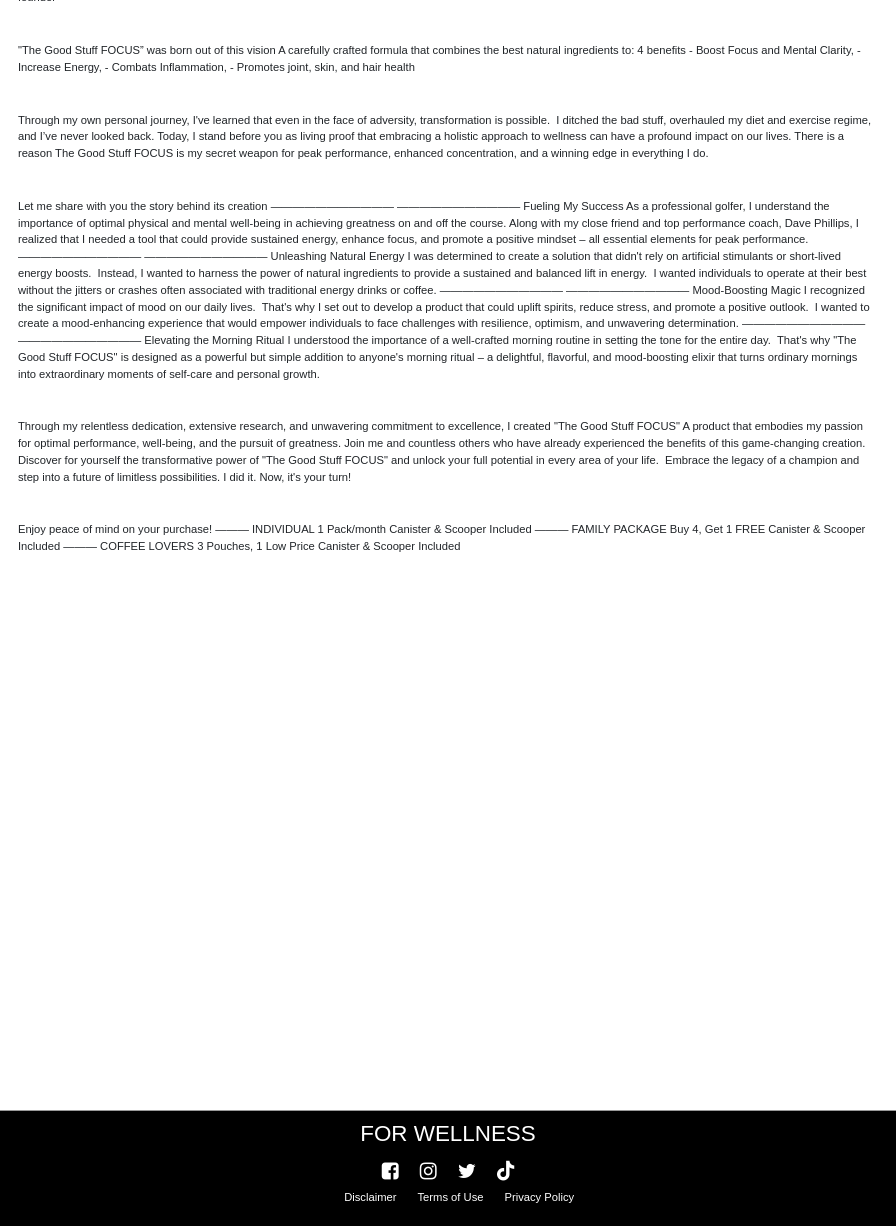
Repository: dariusprince90/wellness-landing
Page: index.html
The author's editor kept a copy of each file at every save. The page is drawn from the files as they stood at one save, then again after the next save.
The browser window is 1280 px wide. The pictures show the part of the page from y = 2272 to 4192 px (the page is 4024 px tall before and 4192 px after), at 70% of full size.

Above is the page before, as saved 2023-07-26 10:09:15.

### index.html
<!doctype html>
<html lang="en">

<head>
  <title>For Wellness Store</title>
  <!-- Required meta tags -->
  <meta charset="utf-8">
  <meta name="viewport" content="width=device-width, initial-scale=1, shrink-to-fit=no">

  <!-- Bootstrap CSS v5.2.1 -->
  <link href="https://cdn.jsdelivr.net/npm/bootstrap@5.2.1/dist/css/bootstrap.min.css" rel="stylesheet"
    integrity="sha384-iYQeCzEYFbKjA/T2uDLTpkwGzCiq6soy8tYaI1GyVh/UjpbCx/TYkiZhlZB6+fzT" crossorigin="anonymous">
    <link rel="stylesheet" href="https://cdnjs.cloudflare.com/ajax/libs/font-awesome/6.4.0/css/all.min.css" integrity="sha512-iecdLmaskl7CVkqkXNQ/ZH/XLlvWZOJyj7Yy7tcenmpD1ypASozpmT/E0iPtmFIB46ZmdtAc9eNBvH0H/ZpiBw==" crossorigin="anonymous" referrerpolicy="no-referrer" />
    <link rel="stylesheet" href="https://maxcdn.bootstrapcdn.com/font-awesome/4.7.0/css/font-awesome.min.css">
    <link rel="stylesheet" href="css/styles.css">


</head>

<body>
  <header>
    Urgent News for Coffee Lovers Across America

  </header>
  <main>

    <section class="s-001-text">

        The Healthy Coffee Creamer that will completely elevate your morning routine.


Could this decadent mocha creamer be the
secret to better Aging, Improved Energy Levels, and a Healthier Body Composition?


1st sales banners

Boosts Energy
and Burns Fat

Boost Focus,
Feel Fuller, and Obtain Mental Clarity


Supercharges the Natural Health Benefits of Your Coffee


Supports Joints,
Skin, and
Hair Health

    </section>
<br/>
<br/>

    <section class="s-002-text">

        “I can't believe this is actually good for me!”

- I shouted out after my first cup of The Good Stuff FOCUS...


———————————
If you're anything like me, you understand the sheer joy of that perfect cup of morning coffee, complete with a generous scoop of sugar and cream.

The aroma fills the air, that first sip tantalizes your taste buds, and a warm rush of satisfaction washes over you.

It's a routine we can all relate to, isn't it?

Now, when it comes to creamers, my weakness has always been those with a cocoa or chocolate flavor.

It takes that already divine experience and elevates it to new heights of indulgence.
    </section>

    <section class="s-003-text">

        But here's the catch—I've always felt a twinge of guilt
when giving in to my sweet tooth and adding those
extra scoops of cream and sugar to my coffee...

    </section>
    <section class="s-004-text">
        Deep down, I knew it wasn't the healthiest choice, yet I found myself doing it almost every morning

———————————


About a year ago, as I glanced at the scale, I realized it was time for a major change.

Despite considering myself fairly healthy, working out three times a week and making smarter food choices like opting for sweet potato fries over regular ones, I still couldn't shake off that stubborn belly fat and flabby arms.

It puzzled me.

How could I be putting in the effort to stay healthy but still struggle with 20-30 pounds of excess weight?

———————————


For as long as I can remember, my routine involved jogging to Starbucks in Naperville each morning, treating myself to either a grande Java Chip Frappuccino or a Venti Cafe Mocha as a reward for completing my run.

I always assumed these drinks were relatively healthy, no different from the coffee I made at home with cream and sugar.

That illusion shattered when I stumbled upon a Facebook post from one of my fit friends, exposing the alarming sugar content in Starbucks drinks.

Naturally, I was skeptical at first, but curiosity got the better of me. I visited Starbucks' website, and there it was—the nutrition label, revealing a shocking truth.
    </section>
    <section class="s-005-text">
        <img src=""/ alt="test.png">
        <img src=""/ alt="test.png">

    </section>
    <section class="s-006-text">
        I'm no nutritionist or personal trainer, but even I could see the red flags: nearly 60 grams of sugar, over 400 calories per drink, and a laundry list of unrecognizable ingredients like Xanthan Gum, Palm Kernel Oil, and Processed Alkali.

It was a wake-up call.

I realized my health was gradually deteriorating, and there was a reason I couldn't shed that stubborn belly fat, or as I affectionately called it, my built-in flotation device.
———————————


But it wasn't just the weight gain—I began noticing
random bumps and wrinkles on my skin, and my hair
seemed to be thinning by the month.
———————————


Aging, I thought, until I considered the possibility that there might be more to it.

Refusing to accept my fate of carrying around those extra pounds and experiencing premature aging, I embarked on a mission to find a solution.

I scoured the internet for a way to maintain my beloved chocolate coffee morning routine without compromising two things:
———————————


The 2 buttons

The delicious taste of my coffee

And my overall well-being
    </section>

    <section class="s-007-text">

After days of intensive research,
I stumbled upon a unique product
called "The Good Stuff FOCUS"


Created by none other than professional golfer Phil Mickelson and his long-term friend and elite performance coach, Dave Phillips.

It promised to be a healthy alternative to the additional 500 calories
I was consuming each morning in my coffee.

Curiosity piqued, I decided to take the plunge and ordered a
bag—and let me tell you,

I haven't looked back since.



Dave PhillipsElite Performance Coach
& For Wellness Co-founder
    </section>

    <section class="s-008-text">
        <img src="" alt="test.png"/>
        <img src="" alt="test.png"/>
        <img src="" alt="test.png"/>

        The results have been astounding!

3 banners

My productivity has
drastically improved…

My workouts are stronger
and more efficient..

My daily energy has
noticeably improved.

The best part?

I didn't have to sacrifice the heavenly taste I love
in order to become healthier!

It's a win-win situation that has me hooked for life.

    </section>
    <section class="s-009-text">
        <img src="" alt="test.png"/>
    </section>
    <section class="s-010-text">
        We hear stories like this all the time from our customers and
I’d like to dive a bit deeper into


Why The Good Stuff™ FOCUS is such a powerful
tool when it comes to optimizing health, focus,
and a better quality of life


Before I share with you a bit more about
The Good Stuff™ FOCUS, I’d like to tell you a little bit about me and why I created this life changing product that has propelled me to:

3 benefits

Take my health from getting sick every couple of months to 100%

Achieve tied 2nd place at the Masters tournament this year, at the age of 52 (17 years older than the first place winner!)


Feel the best I have in years

And so much more.

<img src="" alt="test.png"/>
Phil MickelsonElite Performance Coach
& For Wellness Co-founder
    </section>

    <section class="s-011-text">
        Hey there, I'm Phil Mickelson
        <img src="" alt="test.png"/>

If you're a fan of professional golf, chances are you've heard my name before.

But for those who don't know me, let me introduce myself.

I've dedicated most of my life to playing golf at the highest level, constantly striving for greatness and pushing my limits.

Throughout my journey, I've accomplished some incredible feats with the help of hard work and an incredible support system.

I take pride in being a three-time Masters tournament champion, along with clinching victory in 42 other major PGA Tour events, including being the oldest winner of the PGA Championship at the age of 51 in 2021.

Of course, there have been moments of near-misses and runner-ups, but that's all part of the game.

However, there's more to my story than golf championships.

    </section>


    <section class="s-012-text">
        I've undergone a personal transformation
that has had a profound impact on my life

It all started with a realization that I needed to take accountability for my own health if
I wanted any chance at longevity in my golf career.

This sparked my desire to share my journey and help others unlock their full potential.

And that's how For Wellness came to be—a company with a mission to ignite holistic improvement, not just in performance, but in overall well-being.
    </section>

    <section class="s-013-text">
        But let me take you back to a critical moment
in my life, around 13 years ago.

At the time, I was at the pinnacle of my career.

On the surface, it seemed like I had it all—a promising golfing future and a path to winning my third Masters title.

But behind the scenes, something sinister was brewing.

Every 2-3 months I would fall incredibly ill seemingly out of nowhere.

It was a terrifying situation that sent me searching for answers.
———————————

Following countless doctor visits and consultations with world renowned medical specialists we discovered that my immune system was under attack due to a major imbalance in my Th1 and Th2 cells.

This was following my diagnosis of psoriatic arthritis which was a major issue given that I rely on my body and health in order to keep living out my passions.

———————————

Now, if you're unfamiliar with psoriatic arthritis, consider yourself fortunate.

Psoriatic arthritis is an agonizing autoimmune disease, in which your body's immune system attacks healthy cells and tissue, causing inflammation in your joints.

Not only is it extremely painful, but psoriatic arthritis also causes stiffness in joints.

As a professional sportsman, my entire career, everything I'd spent decades working toward, was in jeopardy.


It was a life-altering moment that forced me
to confront my health head-on.

———————————

But I wasn't ready to let my condition dictate my future.

I embarked on a relentless quest to find a solution, exploring various treatments and seeking advice from top specialists.

It was during this journey that I discovered the power of holistic approaches to wellness—combining the right nutrition, lifestyle adjustments, and targeted support for my body's needs.

The biggest factor that we discovered in my case was that I needed to increase my Th2 cell production.


    </section>


    <section class="s-014-text">
        Driven by my own experiences and the desire to help others
facing similar challenges,


I became determined to create a product
that could enhance not only performance but overall well-being


I consulted my close friend and renowned performance coach Dave Phillips. He’s long been an advocate for the health benefits of coffee, and he whipped up what would go on to become The Good Stuff™, the first iteration of our super-powered super powder designed to help and feel your best.

Dave literally came up with this blend while experimenting in his kitchen and came up with something truly life-changing. After the success of The Good Stuff™, we started thinking about what other utility we wanted from our coffee, to help people get not only the best from their bodies, but from their minds as well.

Dave Phillips & Elite Performance Coach
& For Wellness Co-founder
    </section>
    <section class="s-015-text">
        "The Good Stuff FOCUS”
        was born out of this vision


        A carefully crafted formula that combines
        the best natural ingredients to:

        4 benefits

        - Boost Focus and Mental Clarity,

        - Increase Energy,

        - Combats Inflammation,

        - Promotes joint, skin, and hair health

    </section>
    <section class="s-016-text">
        Through my own personal journey, I've learned that even in the face of adversity, transformation is possible.

I ditched the bad stuff, overhauled my diet and exercise regime, and I’ve never looked back.

Today, I stand before you as living proof that embracing a holistic approach to wellness can have a profound impact on our lives.

There is a reason The Good Stuff FOCUS is my secret weapon for peak performance, enhanced concentration, and a winning edge in everything I do.

    </section>

    <section class="s-017-text">
        Let me share with you the story
behind its creation


———————————
———————————

Fueling My Success

As a professional golfer, I understand the importance of optimal physical and mental well-being in achieving greatness on and off the course.

Along with my close friend and top performance coach, Dave Phillips, I realized that I needed a tool that could provide sustained energy, enhance focus, and promote a positive mindset – all essential elements for peak performance.

———————————
———————————
Unleashing Natural Energy

I was determined to create a solution that didn't rely on artificial stimulants or short-lived energy boosts.

Instead, I wanted to harness the power of natural ingredients to provide a sustained and balanced lift in energy.

I wanted individuals to operate at their best without the jitters or crashes often associated with traditional energy drinks or coffee.


———————————
———————————
Mood-Boosting Magic

I recognized the significant impact of mood on our daily lives.

That's why I set out to develop a product that could uplift spirits, reduce stress, and promote a positive outlook.

I wanted to create a mood-enhancing experience that would empower individuals to face challenges with resilience, optimism, and unwavering determination.

———————————
———————————
Elevating the Morning Ritual

I understood the importance of a well-crafted morning routine in setting the tone for the entire day.

That's why "The Good Stuff FOCUS" is designed as a powerful but simple addition to anyone's morning ritual – a delightful, flavorful, and mood-boosting elixir that turns ordinary mornings into extraordinary moments of self-care and personal growth.

    </section>

    <section class="s-018-text">
        Through my relentless dedication,
extensive research, and unwavering commitment to excellence, I created "The Good Stuff FOCUS"

A product that embodies my passion for optimal performance,
well-being, and the pursuit of greatness.


Join me and countless others who have already experienced the benefits of this game-changing creation.

Discover for yourself the transformative power of "The Good Stuff FOCUS" and unlock your full potential in every area of your life.

Embrace the legacy of a champion and step into a future of limitless possibilities.


I did it. Now, it's your turn!
    </section>
    <section class="s-019-text">
        Enjoy peace of mind on your purchase!

———
INDIVIDUAL
1 Pack/month
Canister & Scooper Included
———
FAMILY PACKAGE
Buy 4, Get 1 FREE

Canister & Scooper Included

———
COFFEE LOVERS

3 Pouches, 1 Low Price


Canister & Scooper Included
    </section>
    <section class="s-00#-text">
    </section>
    <section class="s-00#-text">
    </section>

    <section class="s-00#-text">
    </section>

    <section class="s-00#-text">
    </section>
    <section class="s-00#-text">
    </section>
    <section class="s-00#-text">
    </section>
    <section class="s-00#-text">
    </section>

    <section class="s-00#-text">
    </section>

    <section class="s-00#-text">
    </section>
    <section class="s-00#-text">
    </section>
    <section class="s-00#-text">
    </section>
    <section class="s-00#-text">
    </section>

    <section class="s-00#-text">
    </section>

    <section class="s-00#-text">
    </section>
    <section class="s-00#-text">
    </section>


  </main>
  <footer>
    <h2>
        FOR WELLNESS
    </h2>
    <span>
        <i class="fa fa-facebook-square soclmd" aria-hidden="true"></i>
        <i class="fa fa-instagram soclmd" aria-hidden="true"></i>
        <i class="fa fa-twitter soclmd" aria-hidden="true"></i>
        <i class="fa-brands fa-tiktok soclmd"></i>


    </span>

    <span>
        <ul>
            <li>Disclaimer</li>
            <li>Terms of Use</li>
            <li>Privacy Policy</li>

        </ul>

    </span>



  </footer>
  <!-- Bootstrap JavaScript Libraries -->
  <script src="https://cdn.jsdelivr.net/npm/@popperjs/core@2.11.6/dist/umd/popper.min.js"
    integrity="sha384-oBqDVmMz9ATKxIep9tiCxS/Z9fNfEXiDAYTujMAeBAsjFuCZSmKbSSUnQlmh/jp3" crossorigin="anonymous">
  </script>

  <script src="https://cdn.jsdelivr.net/npm/bootstrap@5.2.1/dist/js/bootstrap.min.js"
    integrity="sha384-7VPbUDkoPSGFnVtYi0QogXtr74QeVeeIs99Qfg5YCF+TidwNdjvaKZX19NZ/e6oz" crossorigin="anonymous">
  </script>
</body>

</html>

### css/styles.css
@import url('https://fonts.googleapis.com/css2?family=Lato:wght@900&display=swap');



body, footer, header {
    font-family: 'Poppins', sans-serif;
}

header {
    font-family: 'Poppins', sans-serif;
    font-weight: 500;
}

footer, header, .s-012-text {
    background-color: #000000;
    color: #ffffff;
    text-align: center;
}

footer, header {
    padding: 1vw;
}

footer {
    bottom: 0;
    position: static;
}

ul li,
li {
    text-decoration: none;
    display: inline;
    padding: 1vw;
}

section {
    padding: 2vw;
}

.soclmd {
    font-size: 2.2vw;
    padding: 1vw;

}


/*
----------------------------------------------------------------
                Section styles
----------------------------------------------------------------
*/

.s-001-text {
        text-emphasis: none;
}

.s-002-text {
    text-emphasis: none;
}

.s-003-text {
    text-emphasis: none;
}

.s-004-text {
    text-emphasis: none;
}

.s-005-text {
    text-emphasis: none;
}

.s-006-text {
    text-emphasis: none;
}


.s-007-text {
    text-emphasis: none;
}

.s-008-text {
    text-emphasis: none;
}

.s-009-text {
    text-emphasis: none;
}

.s-010-text {
    text-emphasis: none;
}

.s-011-text {
    text-emphasis: none;
}

.s-012-text {
    text-emphasis: none;
}

.s-013-text {
    text-emphasis: none;
}

.s-014-text {
    text-emphasis: none;
}

.s-015-text {
    text-emphasis: none;
}

.s-016-text {
    text-emphasis: none;
}


.s-017-text {
    text-emphasis: none;
}

.s-018-text {
    text-emphasis: none;
}

.s-019-text {
    text-emphasis: none;
}

.s-020-text {
    text-emphasis: none;
}

.s-021-text {
    text-emphasis: none;
}


.s-022-text {
    text-emphasis: none;
}

.s-023-text {
    text-emphasis: none;
}

.s-024-text {
    text-emphasis: none;
}

.s-025-text {
    text-emphasis: none;
}

.s-026-text {
    text-emphasis: none;
}


.s-027-text {
    text-emphasis: none;
}

.s-028-text {
    text-emphasis: none;
}

.s-029-text {
    text-emphasis: none;
}

.s-030-text {
    text-emphasis: none;
}

.s-00#-text {
    text-emphasis: none;
}



.s-00#-text {
    text-emphasis: none;
}

.s-00#-text {
    text-emphasis: none;
}

After the next save:
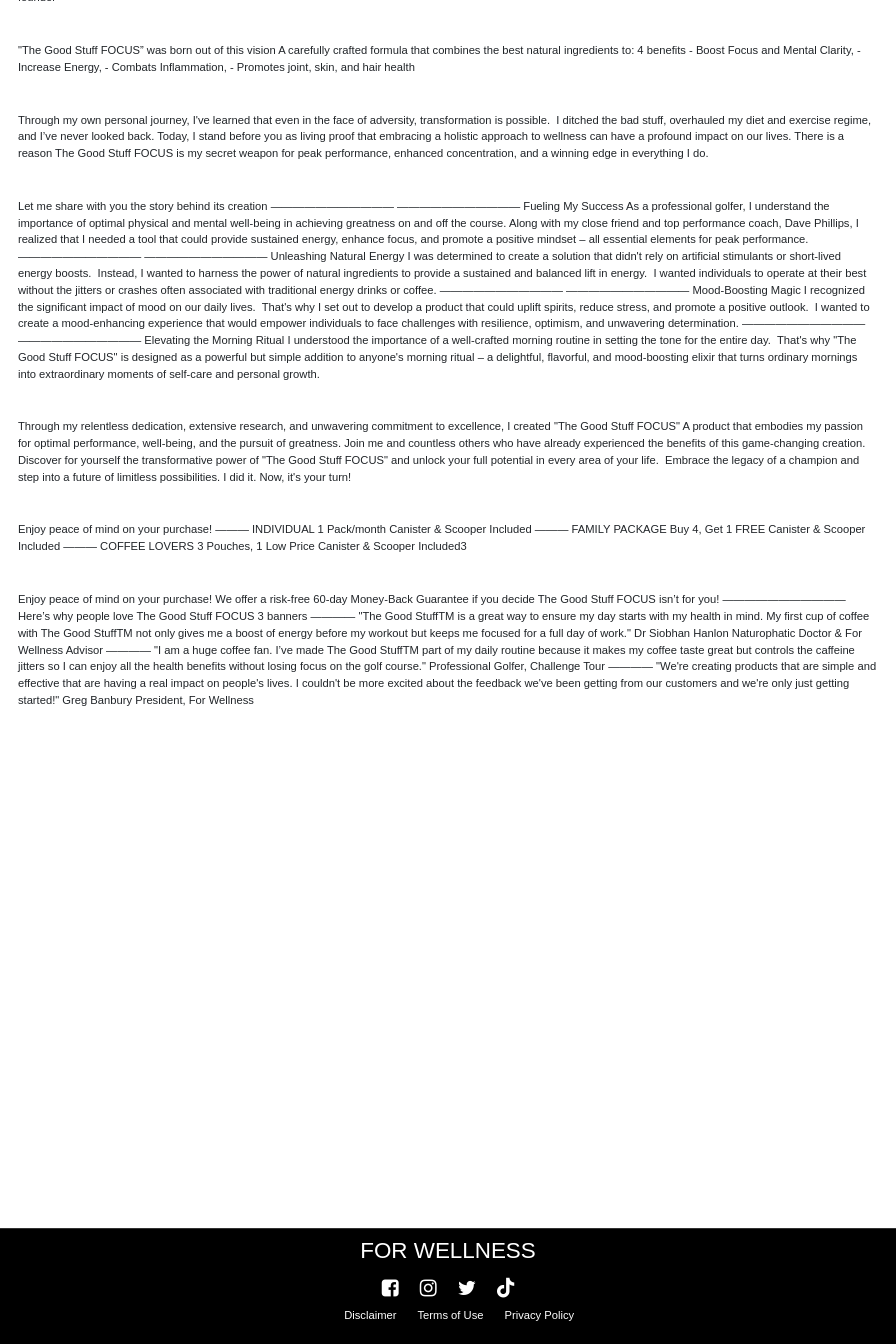
Saved 3 min 47 s later.
--- a/index.html
+++ b/index.html
@@ -427,9 +427,38 @@
 3 Pouches, 1 Low Price
 
 
-Canister & Scooper Included
-    </section>
-    <section class="s-00#-text">
+Canister & Scooper Included3
+    </section>
+    <section class="s-020-text">
+        Enjoy peace of mind on your purchase!
+
+We offer a risk-free 60-day
+Money-Back Guarantee if you decide
+The Good Stuff FOCUS isn’t for you!
+
+———————————
+
+Here’s why people love The Good Stuff FOCUS
+
+3 banners
+————
+"The Good StuffTM is a great way to ensure my day starts with my health in mind.
+My first cup of coffee with The Good StuffTM not only gives me a boost of energy before my workout but keeps me focused for a full day of work."
+
+Dr Siobhan Hanlon
+Naturophatic Doctor & For Wellness Advisor
+
+
+————
+"I am a huge coffee fan. I’ve made The Good StuffTM part of my daily routine because it makes my coffee taste great but controls the caffeine jitters so I can enjoy all the health benefits without losing focus on the golf course."
+
+Professional Golfer, Challenge Tour
+
+————
+"We're creating products that are simple and effective that are having a real impact on people's lives. I couldn't be more excited about the feedback we've been getting from our customers and we're only just getting started!"
+
+Greg Banbury
+President, For Wellness
     </section>
     <section class="s-00#-text">
     </section>
